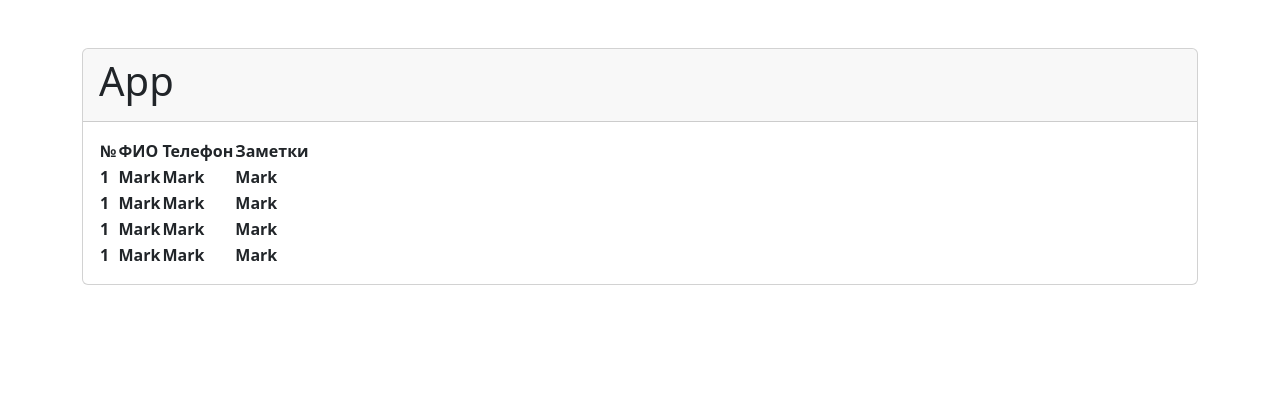
Repository: tatacheba/appstepikjavareact
Page: / (app in client/)
These files come from the project's save history. The page is drawn as it stood at one moment and after the next save; the edit follows.
The browser window is 1280 px wide. The pictures show the whole page.
The project was rebuilt for these pictures with package versions that can differ from the ones it lists, and the page was loaded fresh each time. Also part of the build but not shown: client/src/index.css, client/src/App.css.

Above is the page before, as saved 2024-11-22 17:04:39.

After the next save:
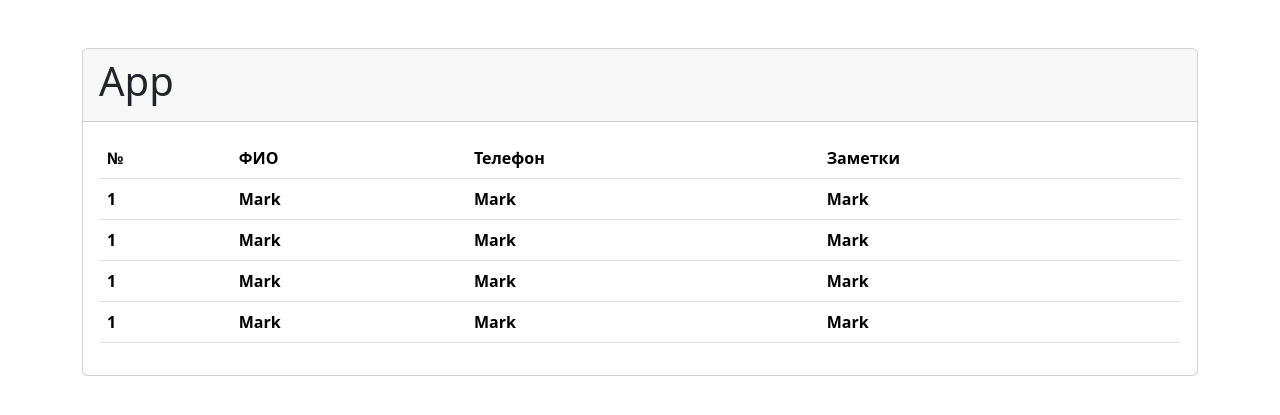
Saved 35 s later.
--- a/client/src/App.js
+++ b/client/src/App.js
@@ -8,7 +8,7 @@ function App() {
                     <h1>App</h1>
                 </div>
                 <div className="card-body">
-                    <table>
+                    <table className="table table-hover">
                         <thead>
                             <tr>
                                 <th scope="col">№</th>
